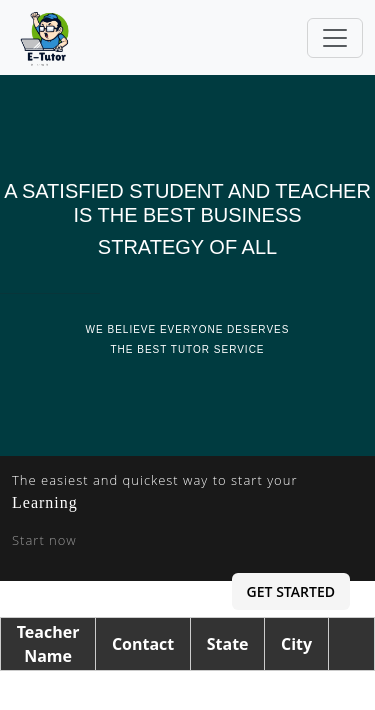
Repository: shailesh89-art/E-tutor-springboot-hibernate
Page: http://localhost/TUTOR_INVENTOR_1/pages/list_searching_tutor.jsp
An editor plug-in stored every save of this project. The page is shown before and after the next save, followed by the edit.
The browser window is 375 px wide. The pictures show the whole page.
The page is served by Tomcat 9. Other server files are loaded and not shown. The template is opened directly, without the code that normally fills it, so the values that code supplies are empty.

Above is the page before, as saved 2023-05-03 15:17:11.

### TUTOR_INVENTOR_1/src/main/webapp/pages/list_searching_tutor.jsp
<%@ taglib uri="http://www.springframework.org/tags/form" prefix="form"%> <%@ taglib uri="http://java.sun.com/jsp/jstl/core" prefix="c"%>
<!doctype html>
<html lang="en">
  <head>
    <!-- Required meta tags -->
    <meta charset="utf-8">
    <meta name="viewport" content="width=device-width, initial-scale=1, shrink-to-fit=no">

    <!-- Bootstrap CSS -->
      <link href="https://cdn.jsdelivr.net/npm/bootstrap@5.3.0-alpha1/dist/css/bootstrap.min.css" rel="stylesheet" integrity="sha384-GLhlTQ8iRABdZLl6O3oVMWSktQOp6b7In1Zl3/Jr59b6EGGoI1aFkw7cmDA6j6gD" crossorigin="anonymous">
    <script src="https://cdn.jsdelivr.net/npm/bootstrap@5.3.0-alpha1/dist/js/bootstrap.bundle.min.js" integrity="sha384-w76AqPfDkMBDXo30jS1Sgez6pr3x5MlQ1ZAGC+nuZB+EYdgRZgiwxhTBTkF7CXvN" crossorigin="anonymous"></script>
    <link rel="stylesheet" href="https://cdnjs.cloudflare.com/ajax/libs/font-awesome/4.7.0/css/font-awesome.min.css">
    <link rel="icon" type="image/x-icon" href="Assets/imgs/Screenshot_(160)-transformed (1)-fotor-bg-remover-20230423203452.png" >
      <title>Tutor Search List</title>
    <style>




     .banner {

            background-size: cover;
            background-repeat: no-repeat;
            background-position: center center;
            width: 100%;
            height: 100%;
              background-color: #00838F;
        }

        .banner .opacity_overlay {
            height: 100%;
            width: 100%;
            background: rgba(0, 0, 0, 0.55);
            padding-top: 100px;
        }

        .banner .opacity_overlay .info {
            text-align: center;
            font-family: 'Montserrat', sans-serif;
        }

        .banner .opacity_overlay .info h2 {
            color: #fff;
            text-transform: uppercase;
            font-size: 36px;
        }

        .banner .opacity_overlay .info hr {
            width: 100px;
            margin-top: 30px;
            margin-bottom: 30px;
        }

        .banner .opacity_overlay .info h3 {
            color: #fff;
            text-transform: uppercase;
            font-size: 16px;
            letter-spacing: 1px;
        }

        .banner .opacity_overlay .secondary_layer {
            background: #191919;
            margin-top: 100px;
            padding-top: 15px;
            padding-bottom: 15px;
            font-family: "Open Sans", Arial, sans-serif;
        }

        .banner .opacity_overlay .secondary_layer .msg {
            font-size: 18px;
            color: #fff;
            font-weight: 300;
            letter-spacing: 1px;
        }

        .banner .opacity_overlay .secondary_layer .msg span {
            font-family: "Shadows Into Light", cursive;
            font-size: 22px;
        }

        .banner .opacity_overlay .secondary_layer .quote {
            font-size: 13px;
            color: #999;
            font-weight: 300;
            letter-spacing: 1px;
        }

        .banner .opacity_overlay .secondary_layer .btn {
            text-decoration: none;
            color: #000;
        }

        .banner .opacity_overlay .secondary_layer .btn button {
            background: #F5F5F5;
            border: none;
            border-radius: 6px;
            padding: 8px 15px;
            text-transform: uppercase;
            font-weight: 600;
            font-size: 14px;
            outline: none;
            transition: background-color 0.2s ease;
        }

        .banner .opacity_overlay .secondary_layer .btn button:hover {
            background: #000;
            color: #fff;
        }

        /* Font size change on browser resize */

        @media screen and (max-width: 991px) {
        .banner .opacity_overlay .info h2 {
            font-size: 30px;
        }
        }

        @media screen and (max-width: 768px) {
        .banner .opacity_overlay .info h2 {
            font-size: 26px;
        }
        }

        @media screen and (max-width: 631px) {
        .banner .opacity_overlay .info h2 {
            font-size: 22px;
        }
        }

        @media screen and (max-width: 534px) {
        .banner .opacity_overlay .info h2 {
            font-size: 20px;
        }
        }

        @media screen and (max-width: 991px) {
        .banner .opacity_overlay .info h3 {
            font-size: 12px;
        }
        }

        @media screen and (max-width: 534px) {
        .banner .opacity_overlay .info h3 {
            font-size: 10px;
        }
        }

        @media screen and (max-width: 768px) {
        .banner .opacity_overlay .secondary_layer .msg {
            font-size: 16px;
        }
        }

        @media screen and (max-width: 534px) {
        .banner .opacity_overlay .secondary_layer .msg {
            font-size: 13px;
        }
        }

        @media screen and (max-width: 768px) {
        .banner .opacity_overlay .secondary_layer .msg span {
            font-size: 18px;
        }
        }

        @media screen and (max-width: 534px) {
        .banner .opacity_overlay .secondary_layer .msg span {
            font-size: 16px;
        }

        }
        }
        /*search button*/




        .advanced{

            text-decoration: none;
            font-size: 15px;
            font-weight: 500;
        }


        .btn-secondary,
        .btn-secondary:focus,
        .btn-secondary:active


         {
            color: #fff;
            background-color: #00838f !important;
            border-color: #00838f !important;
            box-shadow: none;
        }


        .advanced{

            color: #00838f !important;
        }




    /* for table csss*/
    table {
  width: 100%;
  border-collapse: collapse;
	}
	tr:nth-of-type(odd) {
  background: #eee;
}
th {
  background: #333;
  color: white;
  font-weight: bold;
}
#tb{

	background:white;
}
td, th {
width:5%;
  padding: 2px;
  border: 1px solid #ccc;
  text-align: center;
}
@media screen and (max-width: 600px) {
 table {
  width: 100%;
  border-collapse: collapse;
	}
	tr:nth-of-type(odd) {
  background: #eee;
}
th {
  background: #333;
  color: white;
  font-weight: bold;
}
#tb{

	background:white;
}
td, th {
width:5%;
  padding: 2px;
  border: 1px solid #ccc;
  text-align: center;
}
}







#logo{
        width: 5%;
      }
      @media only screen and (max-width:767px){


     #logo{
        width: 19%;
      }

}



#modalContainer {
	background-color:rgba(0, 0, 0, 0.3);
	position:absolute;
  top:0;
	width:100%;
	height:100%;
	left:0px;
	z-index:10000;
	background-image:url(tp.png); /* required by MSIE to prevent actions on lower z-index elements */
}

#alertBox {
	position:relative;
	width:33%;
	min-height:100px;
  max-height:400px;
	margin-top:50px;
	border:1px solid #fff;
	background-color:#fff;
	background-repeat:no-repeat;
  top:30%;
}

#modalContainer > #alertBox {
	position:fixed;
}

#alertBox h1 {
	margin:0;
	font:bold 1em Raleway,arial;
	background-color:#f97352;
	color:#FFF;
	border-bottom:1px solid #f97352;
	padding:10px 0 10px 5px;
}

#alertBox p {
	height:50px;
	padding-left:5px;
  padding-top:30px;
  text-align:center;
  vertical-align:middle;
}

#alertBox #closeBtn {
	display:block;
	position:relative;
	margin:10px auto 10px auto;
	padding:7px;
	border:0 none;
	width:70px;
	text-transform:uppercase;
	text-align:center;
	color:#FFF;
	background-color:#f97352;
	border-radius: 0px;
	text-decoration:none;
  outline:0!important;
}

/* unrelated styles */

#mContainer {
	position:relative;
	width:600px;
	margin:auto;
	padding:5px;
	border-top:2px solid #fff;
	border-bottom:2px solid #fff;
}

h1,h2 {
	margin:0;
	padding:4px;
}

code {
	font-size:1.2em;
	color:#069;
}

#credits {
	position:relative;
	margin:25px auto 0px auto;
	width:350px;
	font:0.7em verdana;
	border-top:1px solid #000;
	border-bottom:1px solid #000;
	height:90px;
	padding-top:4px;
}

#credits img {
	float:left;
	margin:5px 10px 5px 0px;
	border:1px solid #000000;
	width:80px;
	height:79px;
}

.important {
	background-color:#F5FCC8;
	padding:2px;

}

@media (max-width: 600px)
{
  #alertBox {
	position:relative;
	width:90%;
  top:30%;
}


/* general styling */


   }
    </style>
  </head>
  <body>
  <nav class="navbar navbar-expand-lg navbar-light bg-light">
        <div class="container-fluid">
         <img  id="logo" src="Assets/imgs/Screenshot_(160)-transformed (1)-fotor-bg-remover-20230423203452.png" alt="">
          <button class="navbar-toggler" type="button" data-bs-toggle="collapse" data-bs-target="#navbarColor03" aria-controls="navbarColor03" aria-expanded="false" aria-label="Toggle navigation">
            <span class="navbar-toggler-icon"></span>
          </button>
          <div class="collapse navbar-collapse" id="navbarColor03">
            <ul class="navbar-nav me-auto">

              <li class="nav-item dropdown">
                <a class="nav-link dropdown-toggle" data-bs-toggle="dropdown" href="#" role="button" aria-haspopup="true" aria-expanded="false">Select</a>
                <div class="dropdown-menu">
                  <a class="dropdown-item" href="ebook_list">Ebook</a>
                  <a class="dropdown-item" href="contact_form">Contact us</a>
                  <a class="dropdown-item" href="/parentlogout">Log Out</a>
                  </div>
              </li>

            </ul>
          </div>
        </div>
      </nav>
      <div class="banner">
    	<div class="opacity_overlay">
    		<div class="info">
    			<h2>A satisfied Student and Teacher is the best business</h2>
    			<h2>strategy of all</h2>
    			<hr>
    			<h3>We believe everyone deserves</h3>
    			<h3>The best tutor service</h3>
    		</div>

    		<div class="secondary_layer">
    			<div class="container">
    				<div class="col-md-8 col-sm-6">
    					<p class="msg">The easiest and quickest way to start your <span>Learning</span></p>
    					<p class="quote">Start now</p>
    				</div>
    				<div class="col-md-4 col-sm-6 pull-right">
    					<a href="#" class="btn" ><button type="submit">Get Started</button></a>

    				</div>
    			</div>
    		</div>

    	</div>
    </div>
   <div id="tb">
<table>
<tr>

<th style="column-width: 120px;">Teacher Name</th>
<th>Contact</th>
<th>State</th>
<th>City</th>
<th></th>
</tr>
<c:forEach  items="${list_searching_tutor}" var="e">
<tr>

<td>${e.fname} ${e.lname}</td>
<td>${e.contact}</td>
<td>${e.state}</td>
<td>${e.city}</td>
<td>
<a href="send_tutorrequest?id=${e.id}" class="btn btn-primary btn-mid"> Send Request</a></td>




</tr>
</c:forEach>
</table>
</div>

</body>

</html>

After the next save:
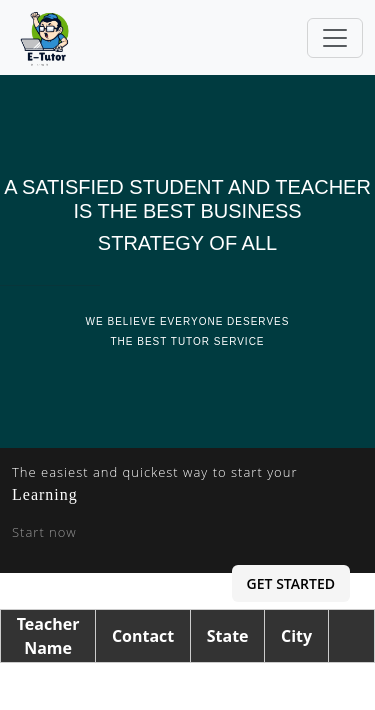
Saved 45 s later.
--- a/TUTOR_INVENTOR_1/src/main/webapp/pages/list_searching_tutor.jsp
+++ b/TUTOR_INVENTOR_1/src/main/webapp/pages/list_searching_tutor.jsp
@@ -271,120 +271,6 @@ width:5%;
 }
 
 
-
-#modalContainer {
-	background-color:rgba(0, 0, 0, 0.3);
-	position:absolute;
-  top:0;
-	width:100%;
-	height:100%;
-	left:0px;
-	z-index:10000;
-	background-image:url(tp.png); /* required by MSIE to prevent actions on lower z-index elements */
-}
-
-#alertBox {
-	position:relative;
-	width:33%;
-	min-height:100px;
-  max-height:400px;
-	margin-top:50px;
-	border:1px solid #fff;
-	background-color:#fff;
-	background-repeat:no-repeat;
-  top:30%;
-}
-
-#modalContainer > #alertBox {
-	position:fixed;
-}
-
-#alertBox h1 {
-	margin:0;
-	font:bold 1em Raleway,arial;
-	background-color:#f97352;
-	color:#FFF;
-	border-bottom:1px solid #f97352;
-	padding:10px 0 10px 5px;
-}
-
-#alertBox p {
-	height:50px;
-	padding-left:5px;
-  padding-top:30px;
-  text-align:center;
-  vertical-align:middle;
-}
-
-#alertBox #closeBtn {
-	display:block;
-	position:relative;
-	margin:10px auto 10px auto;
-	padding:7px;
-	border:0 none;
-	width:70px;
-	text-transform:uppercase;
-	text-align:center;
-	color:#FFF;
-	background-color:#f97352;
-	border-radius: 0px;
-	text-decoration:none;
-  outline:0!important;
-}
-
-/* unrelated styles */
-
-#mContainer {
-	position:relative;
-	width:600px;
-	margin:auto;
-	padding:5px;
-	border-top:2px solid #fff;
-	border-bottom:2px solid #fff;
-}
-
-h1,h2 {
-	margin:0;
-	padding:4px;
-}
-
-code {
-	font-size:1.2em;
-	color:#069;
-}
-
-#credits {
-	position:relative;
-	margin:25px auto 0px auto;
-	width:350px;
-	font:0.7em verdana;
-	border-top:1px solid #000;
-	border-bottom:1px solid #000;
-	height:90px;
-	padding-top:4px;
-}
-
-#credits img {
-	float:left;
-	margin:5px 10px 5px 0px;
-	border:1px solid #000000;
-	width:80px;
-	height:79px;
-}
-
-.important {
-	background-color:#F5FCC8;
-	padding:2px;
-
-}
-
-@media (max-width: 600px)
-{
-  #alertBox {
-	position:relative;
-	width:90%;
-  top:30%;
-}
 
 
 /* general styling */
